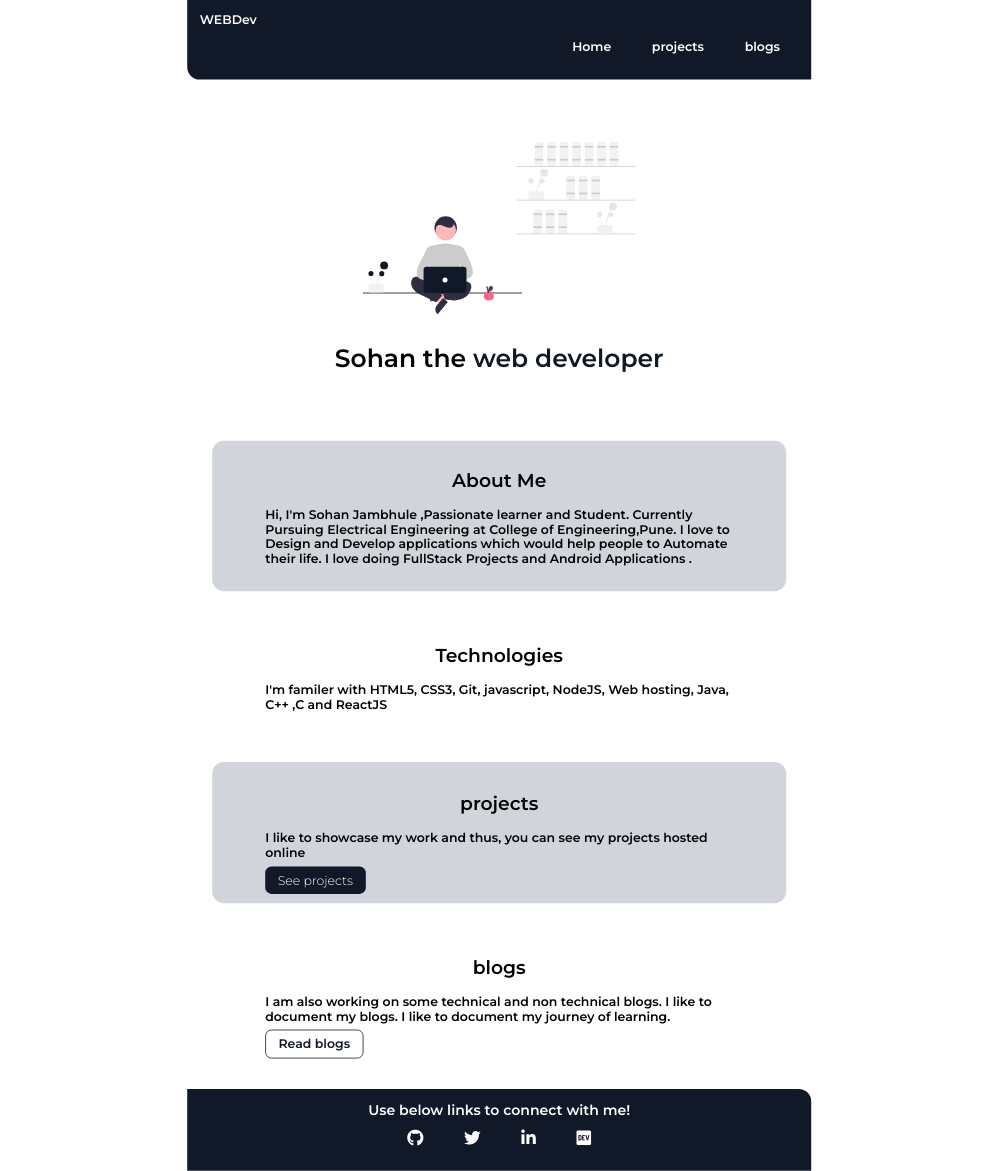
Repository: sohan2503001/Portfolio
Page: index.html
An editor plug-in stored every save of this project. The page is shown before and after a run of saves, followed by the edit.
The browser window is 1280 px wide. The pictures show the whole page, at 78% of full size.

Above is the page before, as saved 2021-05-26 11:52:51.

### index.html
<!DOCTYPE html>
<html lang="en">

<head>
  <meta charset="UTF-8" />
  <meta name="viewport" content="width=device-width, initial-scale=1.0" />
  <title>home | Sohan Jambhule</title>
  <link rel="stylesheet" href="style.css" />
  <link rel="stylesheet" href="https://cdnjs.cloudflare.com/ajax/libs/font-awesome/5.15.1/css/all.min.css">
  <link rel="stylesheet" href="https://cdn.jsdelivr.net/npm/boxicons@latest/css/boxicons.min.css">
  <link rel="icon" href="images/favicon.svg" sizes="any" type="image/svg+xml">

</head>

<body>

  <nav class="navigation container">
    <div class="nav-brand">WEBDev</div>
    <ul class="list-non-bullet nav-pills">
      <li class="list-item-inline">
        <a class="link link-active" href="/">Home</a>
      </li>
      <li class="list-item-inline">
        <a class="link link-active" href="projects.html">projects</a>
      </li>
      <li class="list-item-inline">
        <a class="link link-active" href="blogs.html">blogs</a>
      </li>
    </ul>
  </nav>

  <header class="hero">
    <img class="hero-img" src="images/hero.svg" alt="" />
    <h1 class="hero-heading">
      Sohan the <span class="heading-inverted"> web developer</span>
    </h1>
  </header>

  <section class="section ow">
    <div class="container container-center">
      <h1>About Me</h1>
      <p>
        Hi, I'm Sohan Jambhule ,Passionate learner and Student.
        Currently Pursuing Electrical Engineering at College of Engineering,Pune.
        I love to Design and Develop applications which would help people to Automate their life.
        I love doing FullStack Projects and Android Applications .
      </p>
    </div>
  </section>

  <section class="section">
    <div class="container container-center">
      <h1>Technologies</h1>
      <p>
        I'm familer with HTML5, CSS3, Git, javascript, NodeJS, Web hosting,
        Java, C++ ,C and ReactJS
      </p>
    </div>
  </section>

  <section class="section ow" style="padding: 20px 0;">
    <div class="container container-center">
      <h1>projects</h1>
      <p>
        I like to showcase my work and thus, you can see my projects hosted
        online
      </p>
      <a class="link link-primary" href="projects.html">See projects</a>
    </div>
  </section>

  <section class="section ">
    <div class="container container-center">
      <h1>blogs</h1>
      <p>
        I am also working on some technical and non technical blogs. I like to
        document my blogs. I like to document my journey of learning.
      </p>
      <a class="link link-secondary" href="blogs.html">Read blogs</a>
    </div>
  </section>

  <footer class="footer">

    <div class="footer-header">Use below links to connect with me!</div>
    <ul class="social-links list-non-bullet">
      <li class="list-item-inline">
        <a class="link" href="https://github.com/sohan2503001" target="_blank"><i class="fab fa-github fa-lg" aria-hidden="true"></i>
        </a>
      </li>
      <li class="list-item-inline">
        <a class="link" href="https://twitter.com/JambhuleSohan" target="_blank"><i class="fab fa-twitter fa-lg"></i>
        </a>
      </li>
      <li class="list-item-inline">
        <a class="link" href="https://www.linkedin.com/in/sohan-jambhule-144528198/" target="_blank"><i class="fab fa-linkedin-in fa-lg"></i>
        </a>
      </li>
      <li class="list-item-inline">
        <a class="link" href="https://dev.to/sohan25" target="_blank"><i class="fab fa-dev fa-lg"></i>
        </a>
      </li>
    </ul>

  </footer>

</body>
</html>

### style.css
@import url('https://fonts.googleapis.com/css2?family=Montserrat:wght@300;600&display=swap');

:root{
    --primary-color: #111827;
    --dark-gray: #4B5563;
    --off-white: #D1D5DB;
}

body {
    font-family: 'Montserrat', sans-serif;
    margin: auto;
    max-width: 800px;
    width: 100%;
}

hr{
    margin: 2rem 0rem;
}

/** container **/
.container{
    padding: 0rem 1rem;
}

.container-center{
    max-width: 600px;
    margin: auto;
}

/** links **/
.link{
    text-decoration: none;
    padding: 0.5rem 1rem;
    /*margin: 1rem 0rem 1rem 0rem;*/
}

.link-primary{
    background-color: var(--primary-color);
    border-radius: 0.5rem;
    color:white;
}

.link-secondary{
    color: var(--primary-color);
    border-radius: 0.5rem;
    border: 1px solid var(--primary-color);
    font-weight: bold;
}

/** lists **/

.list-non-bullet{
    list-style: none;
}

.list-item-inline{
    display: inline;
    padding: 0rem 0.5rem;
}

/** navigation **/

.navigation{
    background-color: var(--primary-color);
    color: white;
    padding: 1rem;
    border-bottom-left-radius: 1rem;
}

.navigation .nav-brand{
    font-weight: bold;
}

.navigation .nav-pills{
    text-align: right;
}

.navigation .link{
    color: white;
}

.navigation .link-active{
    font-weight: bold;
}

/**header **/

.hero{
    padding: 2rem;
    padding-top: 5rem;
}

.hero .hero-img{
    max-width: 350px;
    display: block;
    margin: auto;
}

.hero .hero-heading{
    padding-top: 1rem;
    color: var(--dark-red);
    text-align: center;
}

.hero .hero-heading .heading-inverted{
    color: var(--primary-color)
}

/** section **/
.section{
    padding: 1rem;
    border-radius: 15px;
    margin: 2rem;
}

.section h1{
    text-align: center;
    font-weight: bolder;
}

.ow {
    background-color: var(--off-white);
}

.section p{
    font-weight: bold;
}

/**footer **/

.footer{
    background-color: var(--primary-color);
    padding: 1rem;
    text-align: center;
    color: white;
    border-top-right-radius: 1rem;
}

.footer .link{
    color: white;
}

.footer .footer-header{
    font-weight: bold;
    font-size: large;
}

.footer ul{
    padding-inline-start: 0px;
}

/**Projects**/
.box-contain{
    border: 2px solid var(--primary-color);
    padding: 1.5rem;
    border-top-left-radius: 15px;
    border-bottom-right-radius: 15px;
    margin: auto;
    margin-top: 1rem;
    margin-right: 1rem;
}

.link-button{
    display: flex;
}

.name-link{
    margin-right: 0.5rem;
}

After the next 2 saves:
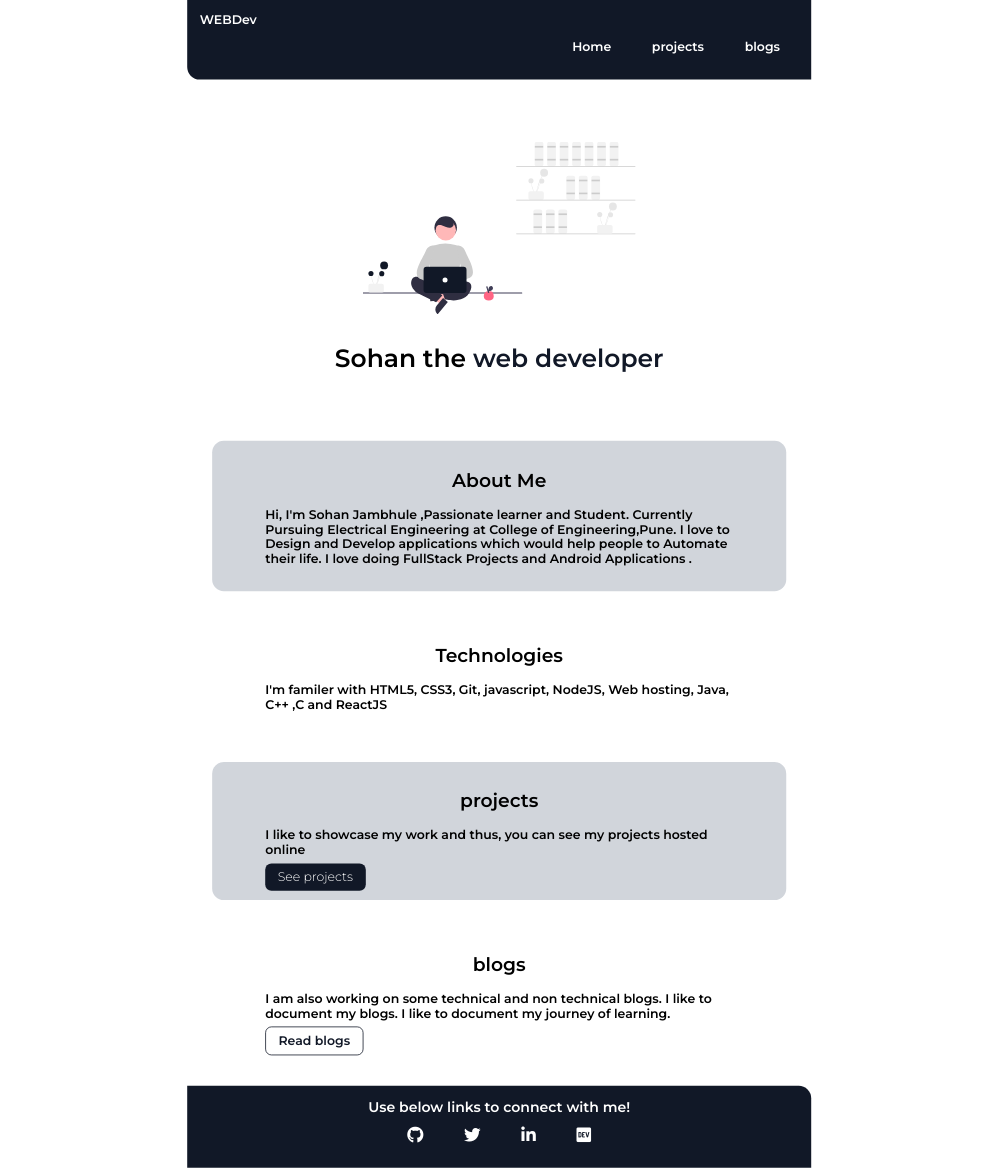
The 2 saves are shown as one change because they came seconds apart.
The last was saved 15 s later.
--- a/index.html
+++ b/index.html
@@ -58,7 +58,7 @@
     </div>
   </section>
 
-  <section class="section ow" style="padding: 20px 0;">
+  <section class="section ow" style="padding-bottom: 20px;">
     <div class="container container-center">
       <h1>projects</h1>
       <p>
